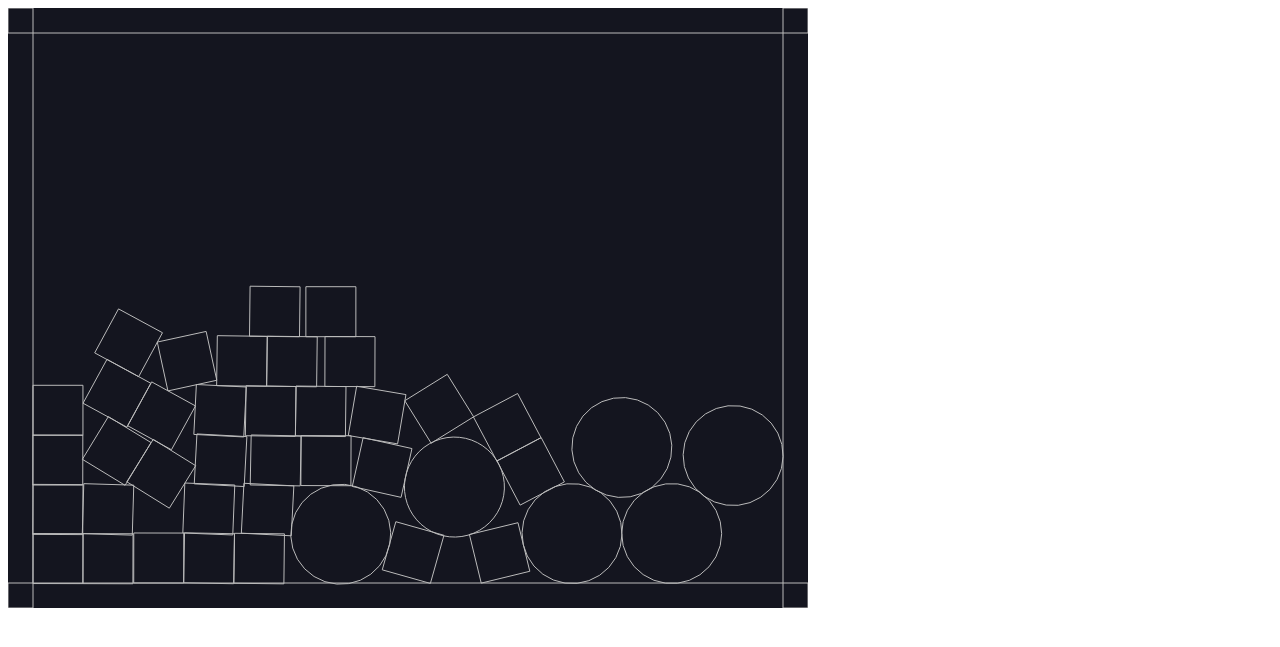
Repository: Sbethm/maze-runner
Page: index.html
The author's editor kept a copy of each file at every save. The page is drawn from the files as they stood at one save, then again after a run of saves.
The browser window is 1280 px wide. The pictures show the whole page.
Some web libraries are served in a nearby version.

Above is the page before, as saved 2021-10-01 16:21:10.

### index.html
<!DOCTYPE html>
<html lang="en">
<head>
    <meta charset="UTF-8">
    <meta http-equiv="X-UA-Compatible" content="IE=edge">
    <meta name="viewport" content="width=device-width, initial-scale=1.0">
    <script src="https://cdnjs.cloudflare.com/ajax/libs/matter-js/0.17.1/matter.min.js"></script>
    <title>Maze Runner</title>
</head>
<body>

    <script src="app.js"></script>
</body>
</html>

### app.js
const { Engine, World, Runner, Render, Bodies, MouseConstraint, Mouse} = Matter;

const width = 800;
const height = 600;

const engine = Engine.create();
const {world} = engine;
const render = Render.create({
    element: document.body,
    engine: engine,
    options: {
        width,
        height
    }
});
Render.run(render);
Runner.run(Runner.create(), engine);

World.add(world, MouseConstraint.create(engine, {
    mouse: Mouse.create(render.canvas)
}));

//====== Random Shapes
for(let i = 0; i < 20; i++) {
    World.add(world, Bodies.rectangle(200, 200, 50, 50));
}

const shape = [
    Bodies.rectangle(50, 200, 50, 50),
    Bodies.rectangle(100, 200, 50, 50),
    Bodies.rectangle(120, 200, 50, 50),
    Bodies.rectangle(630, 200, 50, 50),
    Bodies.rectangle(200, 200, 50, 50),
    Bodies.rectangle(200, 200, 50, 50),
    Bodies.rectangle(200, 200, 50, 50),
    Bodies.rectangle(200, 200, 50, 50),
    Bodies.rectangle(630, 200, 50, 50),
    Bodies.rectangle(630, 200, 50, 50),
    Bodies.rectangle(200, 200, 50, 50),
    Bodies.rectangle(430, 200, 50, 50),
    Bodies.rectangle(430, 200, 50, 50),
    Bodies.rectangle(430, 200, 50, 50),
    Bodies.rectangle(430, 200, 50, 50),

    Bodies.circle(633, 200, 50, 50),
    Bodies.circle(633, 200, 50, 50),
    Bodies.circle(633, 200, 50, 50),
    Bodies.circle(750, 200, 50, 50),
    Bodies.circle(450, 200, 50, 50),


    Bodies.polygon(630, 200, 50, 50, 50)
]

//====== Walls
const walls = [
    Bodies.rectangle(400, 0, 800, 50, {isStatic: true}),
    Bodies.rectangle(800, 300, 50, 600, {isStatic: true}),
    Bodies.rectangle(400, 600, 800, 50, {isStatic: true}),
    Bodies.rectangle(0, 300, 50, 600, {isStatic: true})
];


World.add(world, shape);
World.add(world, walls);

After the next 4 saves:
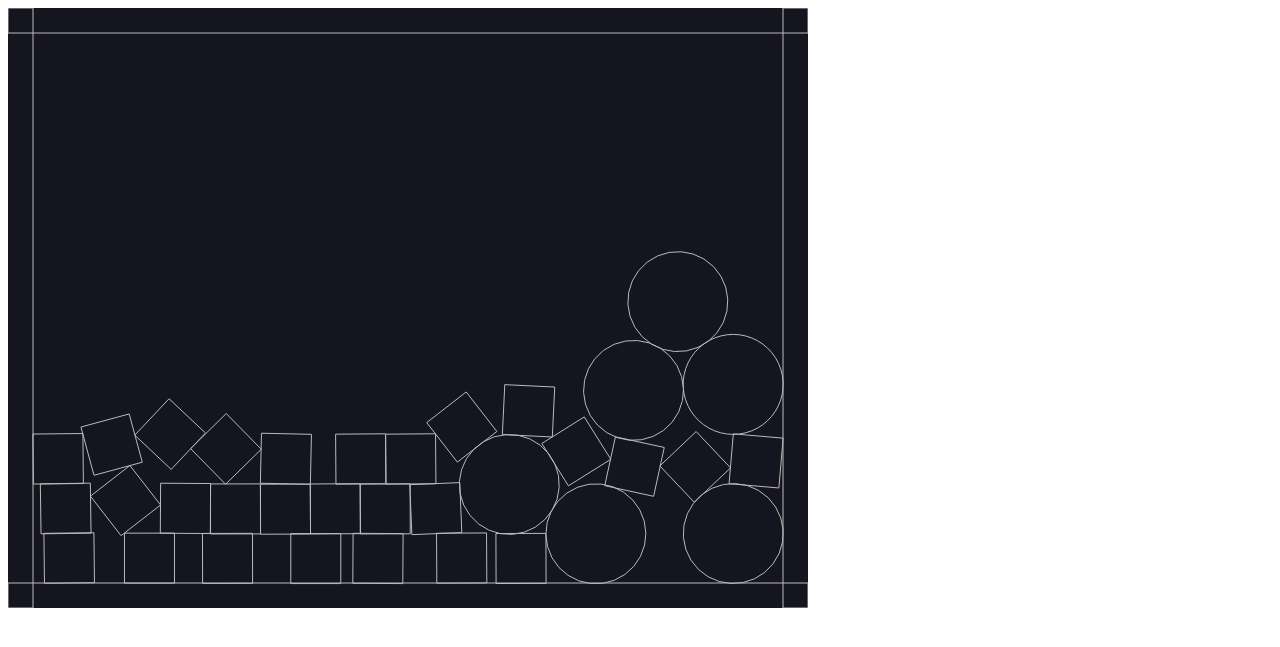
The 4 saves are shown as one change because they came seconds apart.
The last was saved 16 s later.
--- a/app.js
+++ b/app.js
@@ -22,7 +22,7 @@ World.add(world, MouseConstraint.create(engine, {
 
 //====== Random Shapes
 for(let i = 0; i < 20; i++) {
-    World.add(world, Bodies.rectangle(200, 200, 50, 50));
+    World.add(world, Bodies.rectangle(Math.random() , 200, 50, 50));
 }
 
 const shape = [
